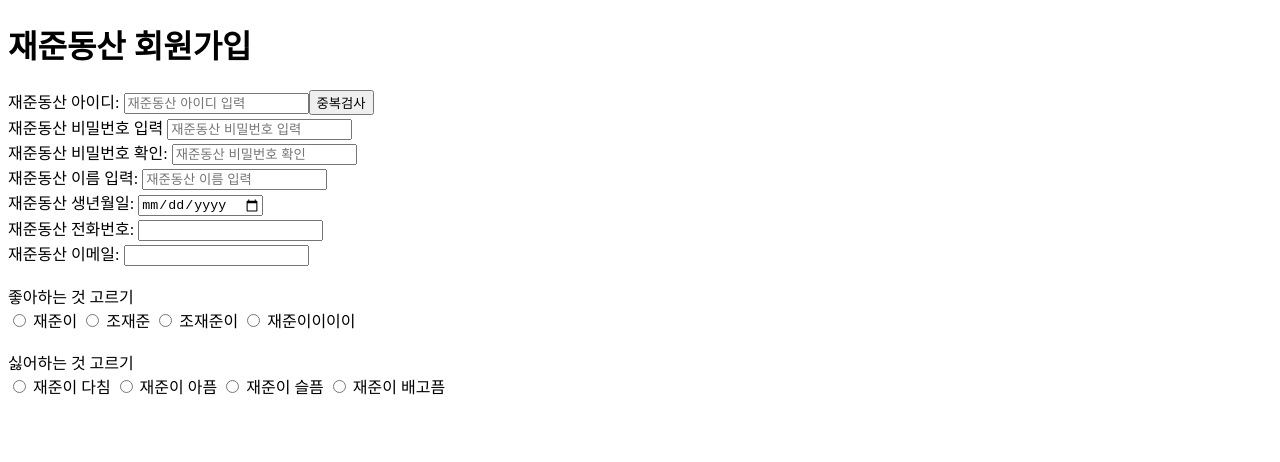
Repository: Chojaejun/javastudy
Page: HelloWorld/WebContent/test.html
An editor plug-in stored every save of this project. The page is shown before and after the next save, followed by the edit.
The browser window is 1280 px wide. The pictures show the whole page.

Above is the page before, as saved 2020-12-04 08:14:36.

### HelloWorld/WebContent/test.html
<!DOCTYPE html>
<html>
<head>
<meta charset="UTF-8">
<title>재준동산 회원가입 페이지</title>
</head>
<body>
<h1>재준동산 회원가입</h1>

<form action="a.html" method="post">

<label for="id">재준동산 아이디: </label>
<input id="id" name="id" placeholder="재준동산 아이디 입력"><button>중복검사</button>
<br>
<label for="pw1">재준동산 비밀번호 입력</label>
<input id="pw1" type="password" name="pw1" placeholder="재준동산 비밀번호 입력">
<br>
<label for="pw2">재준동산 비밀번호 확인: </label>
<input id="pw2" type="password" name="pw2" placeholder="재준동산 비밀번호 확인">
<br>
<label for="name">재준동산 이름 입력: </label>
<input id="name" name="name" placeholder="재준동산 이름 입력">
<br>
<label for="birth">재준동산 생년월일: </label>
<input type="date" id="birth" name="birth">
<br>
<label for="tel">재준동산 전화번호: </label>
<input type="tel" id="tel" name="tel">
<br>
<label for="email">재준동산 이메일: </label>
<input type="email" id="email" name="email">
<br>
<br>
<label>좋아하는 것 고르기</label>
<br>
<input id="joun1" type="radio" name="jun" value="jun1">
<label>재준이</label>
<input id="joun2" type="radio" name="jun" value="jun2">
<label>조재준</label>
<input id="joun3" type="radio" name="jun" value="jun3">
<label>조재준이</label>
<input id="joun4" type="radio" name="jun" value="jun4">
<label>재준이이이이</label>
<br>
<br>
<label>싫어하는 것 고르기</label>
<br>
<input id="joun5" type="radio" name="jun" value="jun5">
<label>재준이 다침</label>
<input id="joun6" type="radio" name="jun" value="jun6">
<label>재준이 아픔</label>
<input id="joun7" type="radio" name="jun" value="jun7">
<label>재준이 슬픔</label>
<input id="joun8" type="radio" name="jun" value="jun8">
<label>재준이 배고픔</label>
<br>


</form>





</body>
</html>

After the next save:
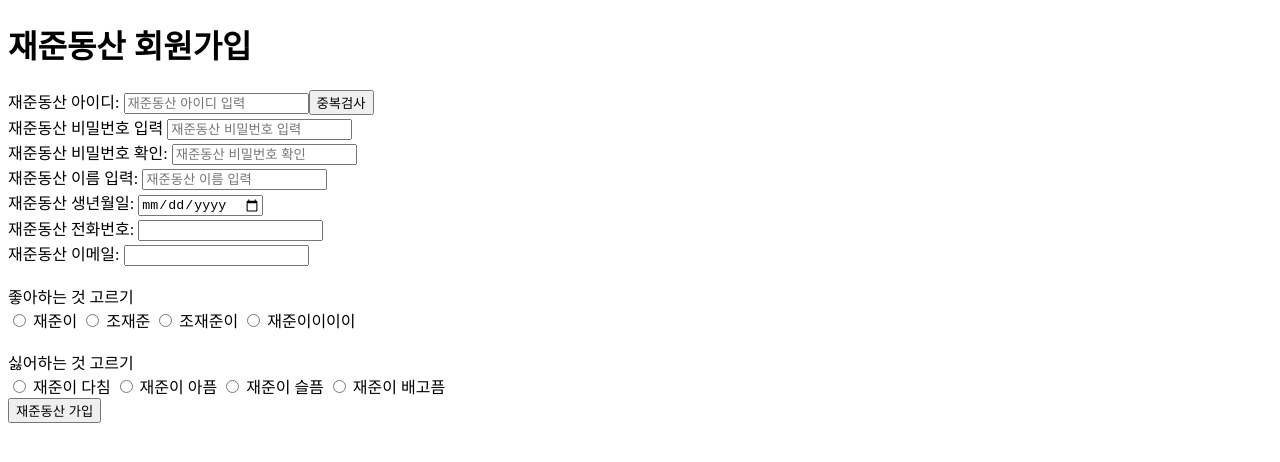
Saved 28 s later.
--- a/HelloWorld/WebContent/test.html
+++ b/HelloWorld/WebContent/test.html
@@ -54,6 +54,7 @@
 <input id="joun8" type="radio" name="jun" value="jun8">
 <label>재준이 배고픔</label>
 <br>
+<input type="submit" value="재준동산 가입">
 
 
 </form>
